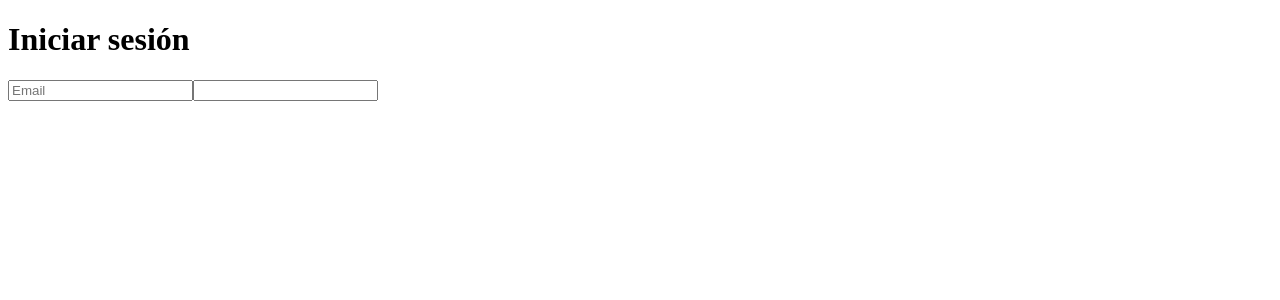
Repository: DaniWapp/appreact
Page: /login
An editor plug-in stored every save of this project. The page is shown before and after the next save, followed by the edit.
The browser window is 1280 px wide. The pictures show the whole page.
The project was rebuilt for these pictures with package versions that can differ from the ones it lists, and the page was loaded fresh each time. Also part of the build but not shown: vite.config.js, src/components/Menu.jsx, src/App.jsx, src/components/404.jsx, src/components/Cripto.css, src/components/Cripto.jsx, src/components/Index.jsx, src/components/Home.jsx and 2 more.

Above is the page before, as saved 2022-11-08 20:46:18.

### src/main.jsx
import React from 'react'
import ReactDOM from 'react-dom/client'
import { BrowserRouter, Route, Routes } from 'react-router-dom'
import App from './App'
import Pag404 from './components/404'
import Index from './components/Index'
import Home from "./components/Home"
import CriptoPage from './components/CriptoPage'
import Perfil from './components/Perfil'
import { UserContextProvider } from './context/UserContext'
import Login from './components/Login'
ReactDOM.createRoot(document.getElementById('root')).render(
  <UserContextProvider>
    <BrowserRouter>
    <Routes>
    <Route path='/' element={<App />} >
        <Route index element={<Home />} />
        <Route path='/perfil' element={<Perfil></Perfil>} />
      </Route>
      <Route path='/criptomonedas' element={<App />} >
        <Route index element={<Index />} />
        <Route path=':id' element={<CriptoPage />} />
      </Route>
      <Route path='/login' element={<Login/>} />
      <Route path='*' element={<Pag404 />} />
    </Routes>
  </BrowserRouter >
  </UserContextProvider>
)

### src/context/UserContext.jsx
import { createContext, useEffect, useState } from "react";

const UserContext = createContext()

const UserContextProvider = ({ children }) => {

const [usuario, setUsuario ] = useState({})
useEffect(() => {
setUsuario({
    name:"Dani R",
    registered: "19/nov/1981"
})

},[])

    return (
        <UserContext.Provider value={usuario}>
            { children }
        </UserContext.Provider>
    )
}

export {UserContext, UserContextProvider}

### src/components/Login.jsx
const Login = ()=>{
    return(
        <>
        <h1>Iniciar sesión</h1>
        <input type="email" placeholder="Email"/>
        <input type="password" />
        </>
    )

}


export default Login

Loaded but not shown: index.html (common file)

After the next save:
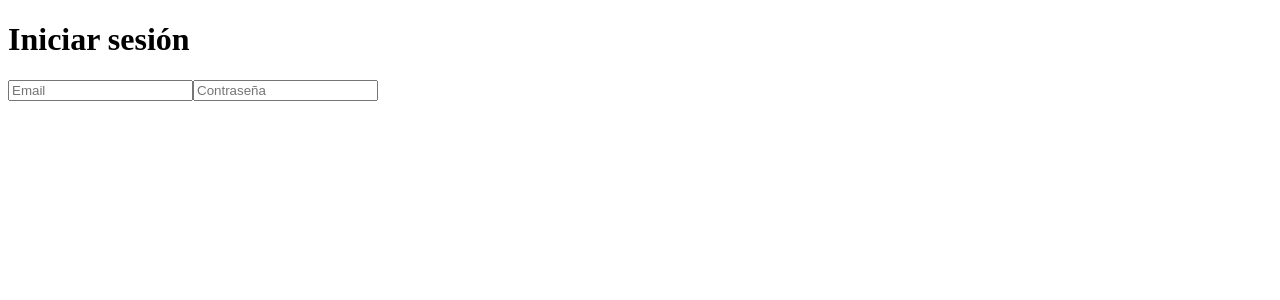
Saved 43 s later.
--- a/src/components/Login.jsx
+++ b/src/components/Login.jsx
@@ -2,8 +2,10 @@
     return(
         <>
         <h1>Iniciar sesión</h1>
+        <form action="">
         <input type="email" placeholder="Email"/>
-        <input type="password" />
+        <input type="password" placeholder="Contraseña"/>
+        </form>
         </>
     )
 
